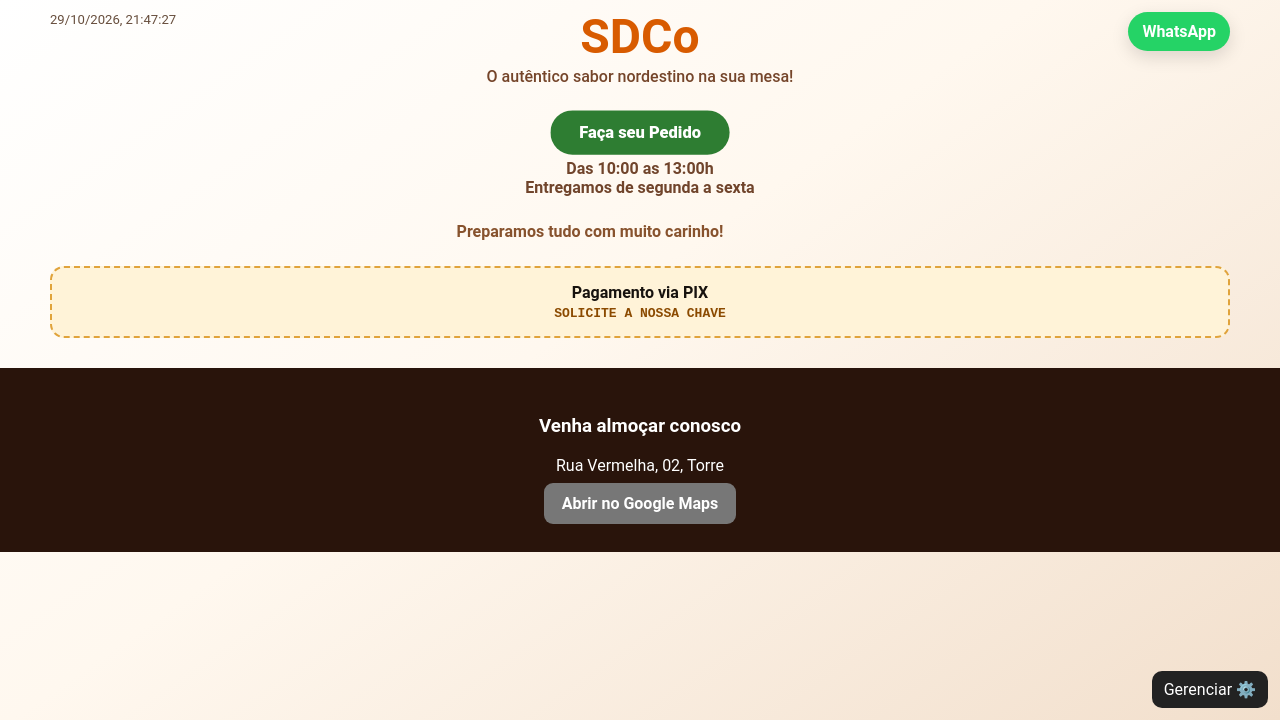
Repository: JeffRodFer/sd-copy-01-frontend
Page: index.html
An editor plug-in stored every save of this project. The page is shown before and after the next save, followed by the edit.
The browser window is 1280 px wide. The pictures show the whole page.

Above is the page before, as saved 2026-10-30 01:36:49.

### index.html
<!DOCTYPE html>
<html lang="pt-BR">

<head>
  <meta charset="UTF-8">
  <meta name="viewport" content="width=device-width, initial-scale=1.0">
  <title>Sistema de Delivery</title>
  <link rel="stylesheet" href="style.css">
</head>

<body>


  <header class="container">

    <div class="topbar">

      <div id="datetime" class="datetime"></div>


      <div class="brand">

        <h1>
          SDCo
        </h1>

        <p>
          O autêntico sabor nordestino na sua mesa!
        </p>

      </div>


      <a id="wa-float-link" class="wa-float" href="https://wa.me/5581920036280" target="_blank" rel="noopener">
        WhatsApp
      </a>

    </div>


    <button class="cta" id="openOrder">
      Faça seu Pedido
    </button>


    <div class="notice">
      Das 10:00 as 13:00h <br>
      Entregamos de segunda a sexta
    </div>

  </header>


  <main class="container" id="menu"></main>


  <div class="container note">
    Preparamos tudo com muito carinho!
  </div>


  <div class="container pix">

    <strong>
      Pagamento via PIX
    </strong>

    <br>


    <code>
    SOLICITE A NOSSA CHAVE
  </code>

  </div>


  <footer class="footer">

    <div class="container">

      <h3>
        Venha almoçar conosco
      </h3>

      <div>
        Rua Vermelha, 02, Torre
      </div>


      <a class="maps" href="https://maps.google.com/?q=Rua+Vermelha+02+Torre" target="_blank" rel="noopener">
        Abrir no Google Maps
      </a>


    </div>

  </footer>


  <button class="manage" id="openAdmin">
    Gerenciar ⚙️
  </button>
  <br>
  <br>
  <br>
  <br>

  <!-- =====================================================
     MODAL DO PEDIDO
     ===================================================== -->

  <div class="overlay hidden" id="orderOverlay">

    <div class="modal">


      <!-- PASSO 1 -->

      <div id="orderStep1" class="step active">

        <h2>
          Faça seu Pedido
        </h2>


        <div id="orderError1" class="error hidden"></div>


        <div class="form-grid">


          <div class="field">

            <label>
              Nome Completo
            </label>

            <input id="customerName" autocomplete="name">

          </div>


          <div class="field">

            <label>
              Telefone
            </label>

            <input id="customerPhone" inputmode="tel" autocomplete="tel" maxlength="15" placeholder="(81) 99999-8888">

          </div>


          <div class="field full">

            <label>
              Endereço de Entrega
            </label>

            <input id="customerAddress" autocomplete="street-address">

          </div>


          <div class="field">

            <label>
              Quantidade de Marmitas
            </label>

            <input id="mealCount" type="number" min="1" max="20" value="1">

          </div>


        </div>


        <div class="delivery">

          <label>

            <input type="radio" name="delivery" value="true" checked>

            Entrega em casa - R$ 5,00

          </label>


          <label>

            <input type="radio" name="delivery" value="false">

            Retirar no Restaurante - R$ 0,00

          </label>

        </div>


        <div class="actions">

          <button class="btn gray" id="closeOrder1">
            Cancelar
          </button>


          <button class="btn green" id="toStep2">
            Continuar
          </button>

        </div>

      </div>


      <!-- PASSO 2 -->

      <div id="orderStep2" class="step">

        <h2>
          Monte suas Marmitas
        </h2>


        <div id="orderError2" class="error hidden"></div>


        <div id="marmitas"></div>


        <div class="actions">

          <button type="button" class="btn gray" id="backStep1">
            Voltar
          </button>


          <button type="button" class="btn green" id="toStep3">
            Encerrar e seguir
          </button>

        </div>

      </div>


      <!-- PASSO 3 -->
      <div id="orderStep3" class="step">

        <h2>Resumo do Pedido</h2>

        <div id="orderSummary" class="order-text"></div>

        <div id="finalTotal" class="total"></div>

        <div class="actions">
          <button class="btn red" id="cancelFinal">
            Voltar
          </button>

          <button class="btn green" id="sendRestaurant">
            Enviar Pedido ao Restaurante
          </button>
        </div>

      </div>

    </div>

  </div>


  <!-- =====================================================
     MODAL ADMINISTRATIVO
     ===================================================== -->

  <div class="overlay hidden" id="adminOverlay">

    <div class="admin-modal">

      <h2>
        Gerenciar Cardápio
      </h2>


      <div id="adminError" class="error hidden"></div>


      <!-- LOGIN -->

      <div id="adminLogin">

        <div class="field">

          <label>
            Usuário
          </label>

          <input id="adminUser" autocomplete="username" value="admin">

        </div>


        <div class="field" style="margin-top:10px">

          <label>
            Senha
          </label>

          <input id="adminPassword" type="password" autocomplete="current-password">

        </div>


        <div class="actions">

          <button class="btn gray" id="closeAdminLogin">
            Fechar
          </button>


          <button class="btn green" id="adminLoginBtn">
            Entrar
          </button>

        </div>

      </div>


      <!-- PAINEL -->

      <div id="adminPanel" class="hidden">

        <div id="adminItems" class="admin-grid"></div>


        <div class="actions">

          <button class="btn gray" id="adminClose">
            Fechar
          </button>


          <button class="btn green" id="adminSave">
            Salvar alterações
          </button>

        </div>

      </div>

    </div>

  </div>


  <script src="script.js"></script>
</body>

</html>

### style.css
:root {
      --orange: #f57c00;
      --brown: #6d3414;
      --green: #2e7d32;
      --red: #d32f2f;
      --blue: #1976d2;
      --purple: #7b1fa2;
      --cream: #fffaf5;
      --line: #eadfd6;
      --muted: #666;
    }

    * {
      box-sizing: border-box;
    }

    html {
      scroll-behavior: smooth;
    }

    body {
      margin: 0;
      background:
        linear-gradient(145deg,
          #fff 0%,
          #fff8ef 45%,
          #f2dfcc 100%);
      color: #17120e;
      font-family: Roboto, Arial, sans-serif;
      min-height: 100vh;
    }

    button,
    input,
    textarea {
      font: inherit;
    }

    button {
      cursor: pointer;
      border: 0;
    }

    .container {
      width: min(1180px, 94%);
      margin: auto;
    }


    /* HEADER */

    .topbar {
      display: grid;
      grid-template-columns: 1fr auto 1fr;
      align-items: start;
      padding: 12px 0;
      gap: 10px;
    }

    .datetime {
      font-size: .82rem;
      color: #674e3d;
    }

    .brand {
      text-align: center;
    }

    .brand h1 {
      margin: 0;
      color: #d85b00;
      font-size: clamp(1.8rem, 5vw, 3rem);
      line-height: 1.05;
    }

    .brand p {
      margin: 5px 0;
      color: #75452a;
      font-weight: 500;
    }

    .wa-float {
      justify-self: end;
      background: #25d366;
      color: #fff;
      padding: 10px 14px;
      border-radius: 999px;
      text-decoration: none;
      font-weight: 700;
      box-shadow: 0 6px 18px #0002;
    }

    .cta {
      display: block;
      margin: 8px auto 5px;
      background: var(--green);
      color: #fff;
      border-radius: 999px;
      padding: 12px 28px;
      font-weight: 800;
      font-size: 1rem;
      animation: pulse 2s infinite;
    }

    .notice {
      text-align: center;
      color: #70442b;
      font-weight: 700;
      margin-bottom: 18px;
    }

    @keyframes pulse {

      0%,
      100% {
        transform: scale(1);
      }

      50% {
        transform: scale(1.03);
      }
    }


    /* CARDÁPIO */

    .section {
      margin: 20px 0;
    }

    .section h2 {
      margin: 0 0 12px;
      color: var(--brown);
    }

    .grid {
      display: grid;
      grid-template-columns:
        repeat(auto-fit,
          minmax(180px, 1fr));
      gap: 10px;
    }

    .card {
      background: #fff;
      border: 1px solid var(--line);
      border-radius: 14px;
      padding: 14px;
      box-shadow:
        0 3px 12px #5a2a0d12;
    }

    .card strong {
      display: block;
    }

    .unavailable {
      opacity: .52;
    }

    .badge {
      display: inline-block;
      margin-top: 7px;
      font-size: .78rem;
      background: #eee;
      padding: 4px 8px;
      border-radius: 999px;
    }

    .accent-guarnicoes {
      border-top: 5px solid #8b5a2b;
    }

    .accent-proteinas {
      border-top: 5px solid #d32f2f;
    }

    .accent-bebidas {
      border-top: 5px solid #1976d2;
    }

    .accent-sobremesas {
      border-top: 5px solid #7b1fa2;
    }

    .note {
      text-align: center;
      font-weight: 700;
      color: #87522d;
      margin: 25px 0;
    }

    .pix {
      background: #fff3d8;
      border: 2px dashed #e0a33b;
      border-radius: 14px;
      padding: 15px;
      text-align: center;
    }

    .pix code {
      font-weight: 800;
      color: #8b4a00;
      word-break: break-all;
    }


    /* FOOTER */

    .footer {
      margin-top: 30px;
      background: #29140b;
      color: #fff;
      padding: 28px 0;
      text-align: center;
    }

    .maps {
      display: inline-block;
      background: #777;
      color: #fff;
      padding: 11px 18px;
      border-radius: 9px;
      text-decoration: none;
      font-weight: 700;
      margin-top: 8px;
    }

    .manage {
      position: fixed;
      right: 12px;
      bottom: 12px;
      background: #222;
      color: #fff;
      padding: 9px 12px;
      border-radius: 10px;
      z-index: 20;
    }


    /* MODAIS */

    .overlay {
      position: fixed;
      inset: 0;
      background: #0009;
      display: flex;
      align-items: center;
      justify-content: center;
      padding: 12px;
      z-index: 100;
    }

    .hidden {
      display: none !important;
    }

    .modal {
      background: #fff;
      width: min(1050px, 100%);
      max-height: 94vh;
      overflow: auto;
      border-radius: 18px;
      box-shadow: 0 20px 70px #0007;
      padding: 22px;
    }

    .modal h2 {
      color: var(--brown);
      margin: 0 0 18px;
    }

    .step {
      display: none;
    }

    .step.active {
      display: block;
    }


    /* FORMULÁRIO */

    .form-grid {
      display: grid;
      grid-template-columns: 1fr;
      gap: 12px;
    }

    .field label {
      display: block;
      font-weight: 700;
      margin-bottom: 5px;
    }

    .field input,
    .field textarea,
    .field select {
      width: 100%;
      padding: 11px;
      border: 1px solid #cfcfcf;
      border-radius: 10px;
      background: #fff;
    }

    .field textarea {
      min-height: 75px;
      resize: vertical;
    }

    .delivery {
      display: grid;
      gap: 9px;
      margin: 12px 0;
    }

    .delivery label {
      border: 1px solid #ddd;
      border-radius: 10px;
      padding: 12px;
    }


    /* MARMITAS */

    .marmita {
      border: 1px solid #ddd;
      border-radius: 15px;
      padding: 14px;
      margin: 14px 0;
      background: #fff;
    }

    .marmita h3 {
      margin: 0 0 12px;
      color: #7b401f;
    }

    .choice-group {
      margin: 13px 0;
    }

    .choice-group h4 {
      margin: 0 0 8px;
    }

    .choices {
      display: grid;
      grid-template-columns:
        repeat(auto-fit,
          minmax(190px, 1fr));
      gap: 8px;
    }

    .check {
      border: 1px solid #ddd;
      border-radius: 10px;
      padding: 9px;
      background: #fafafa;
    }

    .check input {
      margin-right: 6px;
    }

    .limit {
      font-size: .8rem;
      color: var(--muted);
      margin: 5px 0;
    }


    /*
  IMPORTANTE:
  A linha de quantidade agora é uma GRID
  com nome + preço + menos + quantidade + mais.
  Assim o + nunca cai para a linha de baixo.
*/

    .qty-list {
      display: grid;
      gap: 7px;
    }

    .qty-row {
      display: grid;

      grid-template-columns:
        minmax(0, 1fr) auto auto auto auto;

      align-items: center;

      gap: 8px;

      border: 1px solid #eee;
      border-radius: 11px;
      padding: 8px;

      background: #faf8f6;
    }

    .qty-name {
      min-width: 0;
      font-weight: 700;
      overflow-wrap: anywhere;
    }

    .qty-price {
      font-size: .9rem;
      color: #555;
      white-space: nowrap;
    }

    .qty-btn {
      width: 36px;
      height: 36px;
      border-radius: 9px;
      background: #eee;
      font-weight: 900;
      font-size: 1.1rem;
    }

    .qty-value {
      min-width: 22px;
      text-align: center;
      font-weight: 800;
    }


    /* BOTÕES */

    .actions {
      display: flex;
      gap: 10px;
      justify-content: flex-end;
      flex-wrap: wrap;
      margin-top: 18px;
    }

    .btn {
      padding: 12px 18px;
      border-radius: 10px;
      font-weight: 800;
    }

    .btn.green {
      background: #2e7d32;
      color: #fff;
    }

    .btn.red {
      background: #e57373;
      color: #fff;
    }

    .btn.gray {
      background: #eee;
    }

    .total {
      font-size: 1.2rem;
      text-align: right;
      color: #18752b;
      font-weight: 900;
      margin-top: 14px;
    }

    .error {
      background: #ffe5e5;
      color: #9b1c1c;
      padding: 10px;
      border-radius: 9px;
      margin: 10px 0;
    }

    .order-text {
      background: #f5f5f5;
      padding: 14px;
      border-radius: 12px;
      white-space: pre-wrap;
      font-family: monospace;
      line-height: 1.45;
    }


    /* ADMIN */

    .admin-modal {
      background: #f5f5f5;
      width: min(1100px, 100%);
      max-height: 92vh;
      overflow: auto;
      border-radius: 18px;
      padding: 20px;
    }

    .admin-grid {
      display: grid;
      grid-template-columns: 1fr;
      gap: 16px;
    }

    .admin-section {
      background: #fff;
      padding: 14px;
      border-radius: 14px;
    }

    .admin-item {
      display: flex;
      align-items: center;
      justify-content: space-between;
      gap: 10px;
      padding: 9px 0;
      border-bottom: 1px solid #eee;
    }

    .admin-item:last-child {
      border-bottom: 0;
    }

    .switch {
      position: relative;
      width: 50px;
      height: 28px;
      flex: 0 0 auto;
    }

    .switch input {
      display: none;
    }

    .slider {
      position: absolute;
      inset: 0;
      background: #bbb;
      border-radius: 30px;
    }

    .slider:before {
      content: "";
      position: absolute;
      width: 22px;
      height: 22px;
      left: 3px;
      top: 3px;
      background: #fff;
      border-radius: 50%;
      transition: .2s;
    }

    .switch input:checked+.slider {
      background: #2e7d32;
    }

    .switch input:checked+.slider:before {
      transform: translateX(22px);
    }


    /* RESPONSIVO */

    @media(min-width:700px) {

      .form-grid {
        grid-template-columns:
          1fr 1fr;
      }

      .form-grid .full {
        grid-column: 1/-1;
      }

      .admin-grid {
        grid-template-columns:
          1fr 1fr;
      }

    }


    @media(max-width:600px) {

      .topbar {
        grid-template-columns:
          1fr auto;
      }

      .brand {
        grid-column: 1/-1;
        grid-row: 1;
      }

      .datetime {
        grid-column: 1;
      }

      .wa-float {
        grid-column: 2;
      }

      /*
    Mantém TODOS os controles da bebida
    na mesma linha.
  */

      .qty-row {
        grid-template-columns:
          minmax(0, 1fr) auto auto auto auto;
      }

      .qty-price {
        font-size: .8rem;
      }

      .modal {
        padding: 15px;
      }

      .actions .btn {
        flex: 1 1 100%;
      }

    }

Loaded but not shown: script.js (1526 lines, source omitted)

After the next save:
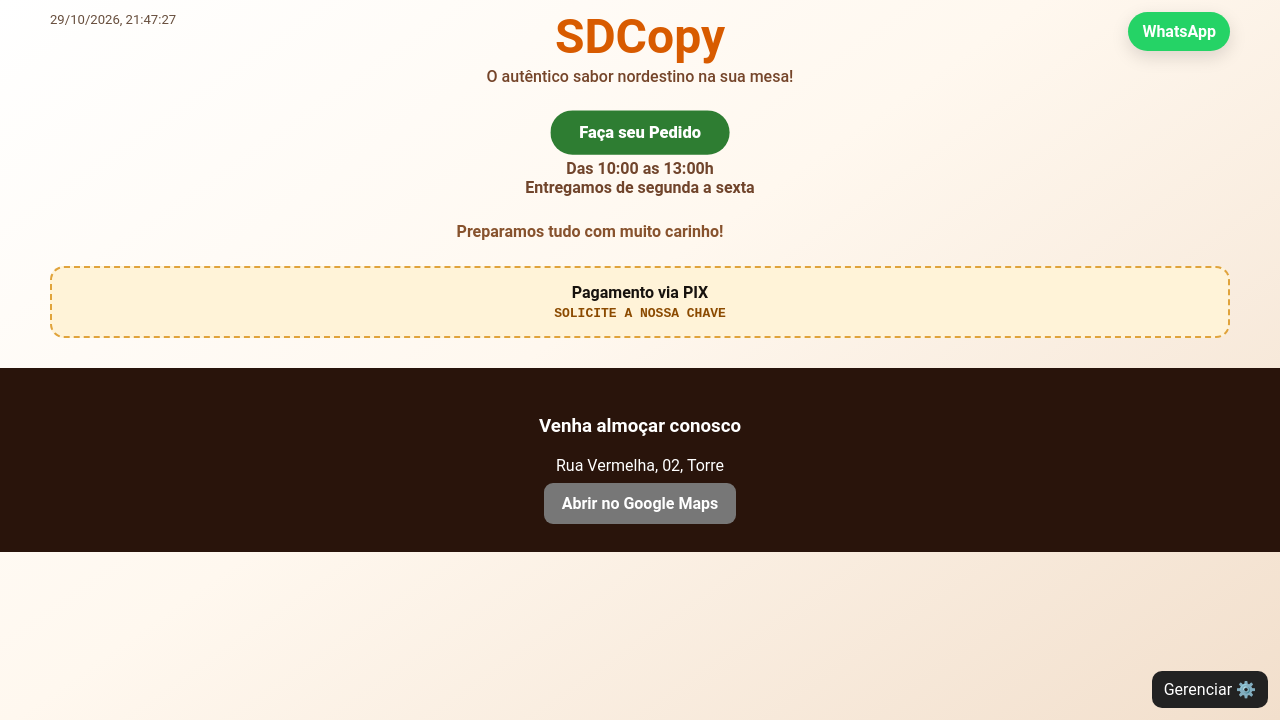
Saved 5 s later.
--- a/index.html
+++ b/index.html
@@ -21,7 +21,7 @@
       <div class="brand">
 
         <h1>
-          SDCo
+          SDCopy
         </h1>
 
         <p>
